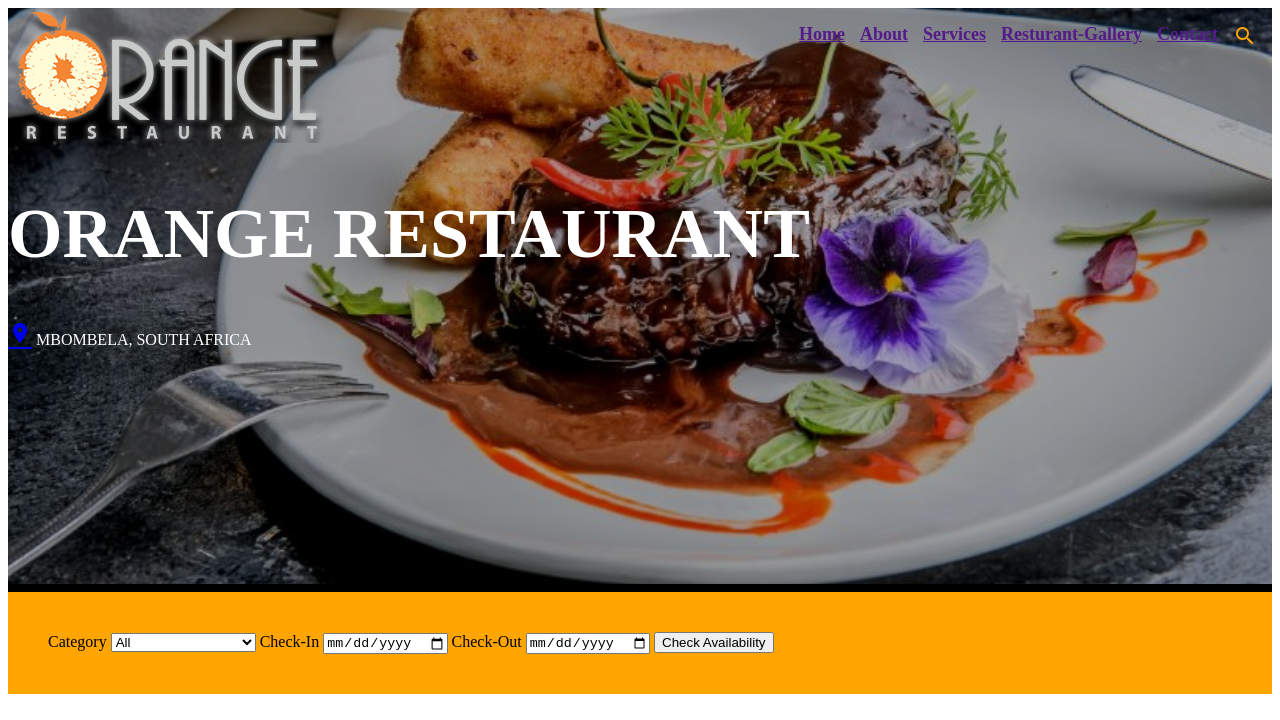
Repository: KaraboM20/KaraboUpdatedProjectOrang-Rest
Page: index.html
The author's editor kept a copy of each file at every save. The page is drawn from the files as they stood at one save, then again after a run of saves.
The browser window is 1280 px wide. The pictures show the whole page.

Above is the page before, as saved 2024-11-21 16:00:01.

### index.html
<!DOCTYPE html>
<html lang="en">
<head>
    <meta charset="UTF-8">
    <meta name="viewport" content="width=device-width, initial-scale=1.0">
    <link href="https://fonts.googleapis.com/icon?family=Material+Icons" rel="stylesheet">
    <link rel="stylesheet" href="./style.css">
    <title>Orange Resturant</title>
</head>
<body>
    <header>
        <div class="upper-section">

            <div class="overlay">
                <div class="navbar">
                    <div class="logo">
                       <img src="./assets/Orange-Logo.png" alt="">
                    </div>
                    <div class="nav-info">
                       <ul>
                        <li><a href="">Home</a></li>
                        <li><a href="">About</a></li>
                        <li><a href="">Services</a></li>
                        <li><a href="">Resturant-Gallery</a></li>
                        <li><a href="">Contact</a></li>
                           <li><span class="material-icons">search</span></li>
                       </ul>
                    </div>
                   </div>

                   <div class="banner-wrap">
                    <div class="name">
                       <h1>ORANGE RESTAURANT</h1>
                    </div>

                       <div class="icon-div"><span class="icon">
                           <span class="material-icons"><a href="https://www.google.com/maps/dir//4+Du+Preez+St,+Mbombela,+1200/@-25.4780157,30.9067737,12z/data=!4m8!4m7!1m0!1m5!1m1!1s0x1ee849f51301d8b7:0xb337d404eb7d9758!2m2!1d30.9891752!2d-25.4780387?entry=ttu&g_ep=EgoyMDI0MTExOC4wIKXMDSoASAFQAw%3D%3D" target="_blank">location_on</a> </span>
                           MBOMBELA, SOUTH AFRICA
                       </span>
                    </div>

                   </div>

            </div>

        <div class="navbar">
         <div class="logo">
            <img src="./assets/Orange-Logo.png" alt="">
         </div>
         <div class="nav-info">
            <ul>
                <li><a href="">Home</a></li>
                <li><a href="">About</a></li>
                <li><a href="">Services</a></li>
                <li><a href="">Resturant-Gallery</a></li>
                <li><a href="">Contact</a></li>
                <li><span class="material-icons">search</span> </li>
            </ul>
         </div>
        </div>

        <div class="banner-wrap">
            <div class="name"><h1>ORANGE RESTAURANT</h1></div>
            <div class="icon-div">
            <span class="icon">
                <span class="material-icons"><a href="https://www.google.com/maps/dir//4+Du+Preez+St,+Mbombela,+1200/@-25.4780157,30.9067737,12z/data=!4m8!4m7!1m0!1m5!1m1!1s0x1ee849f51301d8b7:0xb337d404eb7d9758!2m2!1d30.9891752!2d-25.4780387?entry=ttu&g_ep=EgoyMDI0MTExOC4wIKXMDSoASAFQAw%3D%3D" target="_blank">location_on</a> </span>
                MBOMBELA, SOUTH AFRICA
            </span>
            </div>

        </div>

        </div>


    </header>

    <section>
        <form class="check-availability">

            <label for="name">Category</label>
            <select name="category" id="category">
                <option value="all">All</option>
                <option value="Wedding and Events">Wedding and Events</option>
                <option value="Conferencing">Conferencing</option>
                <option value="The Mandarin Room">The Mandarin Room</option>
            </select>
            <label for="name">Check-In</label>
            <input type="date">

            <label for="name">Check-Out</label>
            <input type="date">

            <button>Check Availability</button>
        </form>

    </section>
</body>
</html>

### style.css


.upper-section {
    background-image: url(./assets/food-image.jpg);
    background-size: cover;
    background-position: center;
    height: 80vh;
    border-bottom: 8px solid black;
    position: relative;

}

.overlay {
    z-index: 1;
    height: 100%;
    width: 100%;
    background: black;
    position: absolute;
    top: 0;
    opacity: 30%;
}

.navbar {
    display: flex;
    justify-content: space-between;
}

.nav-info ul {
    list-style: none;
    color: orange;
    display: flex;
    cursor: pointer;

}

.nav-info li {
    margin-right: 15px;
    font-size: 18px;
    font-weight: bold;
    text-decoration: none;
    color: orange;
}

.nav-info li:hover {
    color: blueviolet;
    background-color: aqua;
}

.name {
    align-items: center;
    justify-content: center;
}

h1 {
    color: white;
    font-size: 70px;

}

.icon-div {
    text-decoration:none;
    color: white;

}

.check-availability {
   background-color: orange;
   padding: 40px;
   border: none;

}

After the next 2 saves:
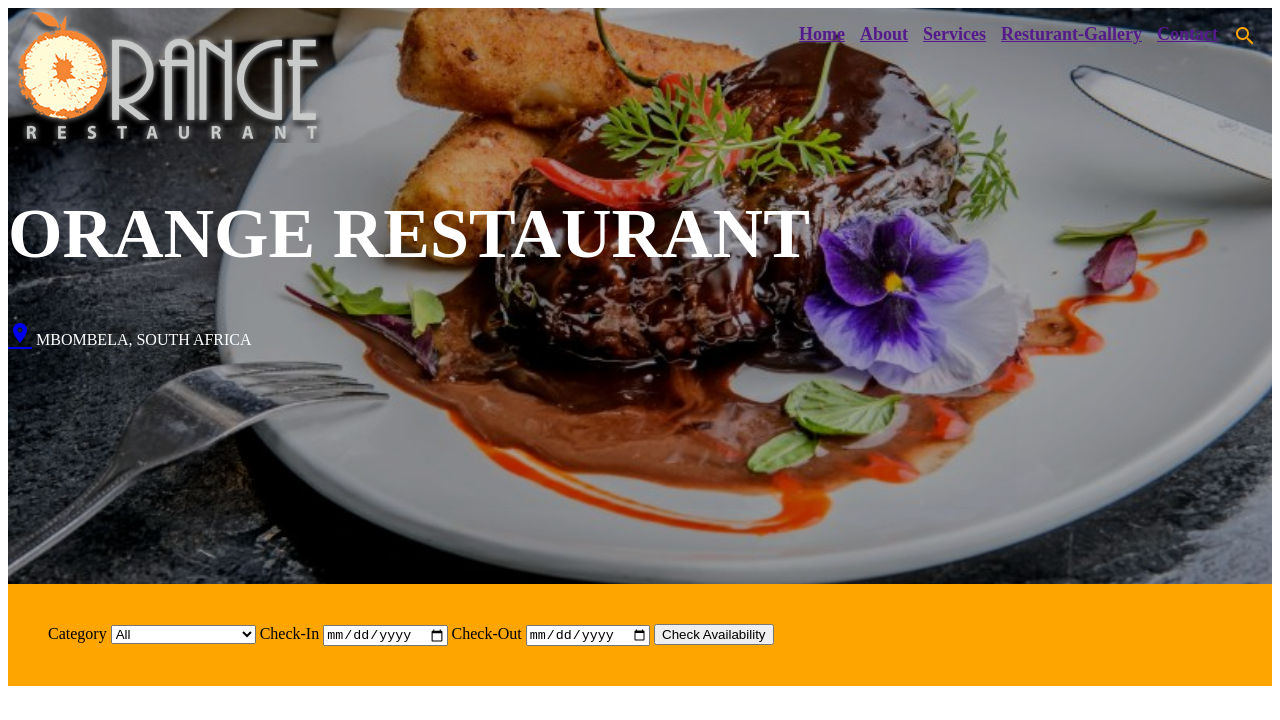
The 2 saves are shown as one change because they came seconds apart.
The last was saved 13 s later.
--- a/style.css
+++ b/style.css
@@ -5,7 +5,6 @@
     background-size: cover;
     background-position: center;
     height: 80vh;
-    border-bottom: 8px solid black;
     position: relative;
 
 }
